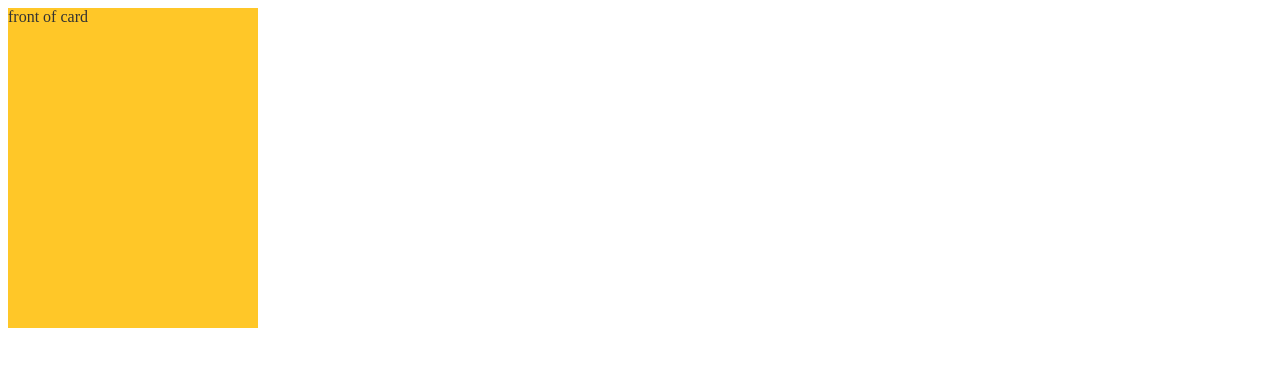
Repository: maixuanhieu/giftcard
Page: index.html
The author's editor kept a copy of each file at every save. The page is drawn from the files as they stood at one save, then again after a run of saves.
The browser window is 1280 px wide. The pictures show the whole page.
The style sheet was rebuilt from its Sass, Less or Tailwind sources for each picture, by a compiler version that may differ from the author's.

Above is the page before, as saved 2021-11-16 13:56:47.

### index.html
<!DOCTYPE html>
<html lang="en">

<head>
    <meta charset="UTF-8">
    <meta http-equiv="X-UA-Compatible" content="IE=edge">
    <meta name="viewport" content="width=device-width, initial-scale=1.0">
    <title>CSS Flip Card</title>
    <link rel="stylesheet" href="style.css">
</head>

<body>
    <div class="maincontainer">

        <div class="thecard"></div>

        <div class="thefront">front of card</div>

        <div class="theback">back of card</div>

    </div>
</body>

</html>

### style.scss
.maincontainer{
    position: relative;
    width: 250px;
    height: 320px;
    background: green;
}

.thecard{
    position: absolute;
    width: 100%;
    height: 100%;
    transform-style: preserve-3d;
    transition: all 0.5s ease;
    background: yellow;
}

.thefront{
    position: absolute;
    width: 100%;
    height: 100%;
    backface-visibility: hidden;
    background: #ffc728;
    color: #333;
}

.theback{
    position: absolute;
    width: 100%;
    height: 100%;
    backface-visibility: hidden;
    background: #fafafa;
    color: #333;
    transform: rotateY(180deg);
}

After the next 2 saves:
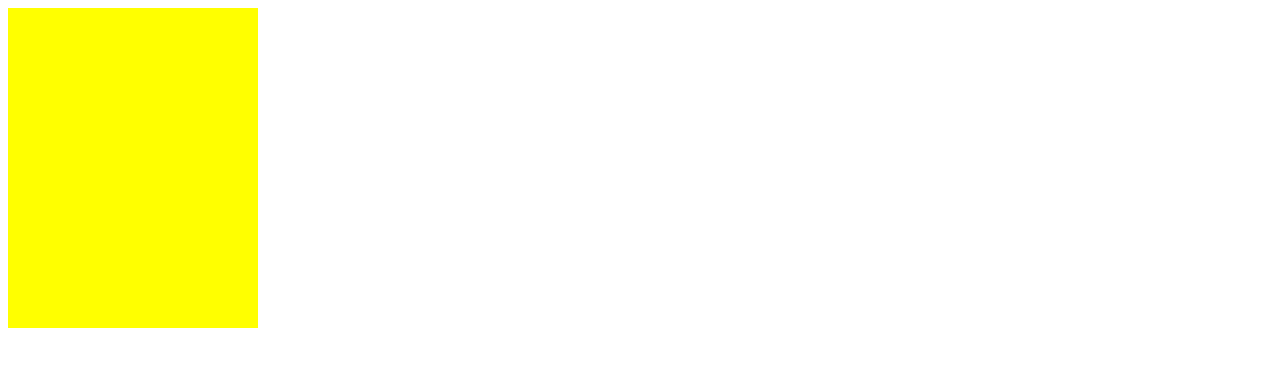
The 2 saves are shown as one change because they came seconds apart.
The last was saved 18 s later.
--- a/style.scss
+++ b/style.scss
@@ -13,6 +13,8 @@
     transition: all 0.5s ease;
     background: yellow;
 }
+
+.thecard:h
 
 .thefront{
     position: absolute;

After the save that followed:
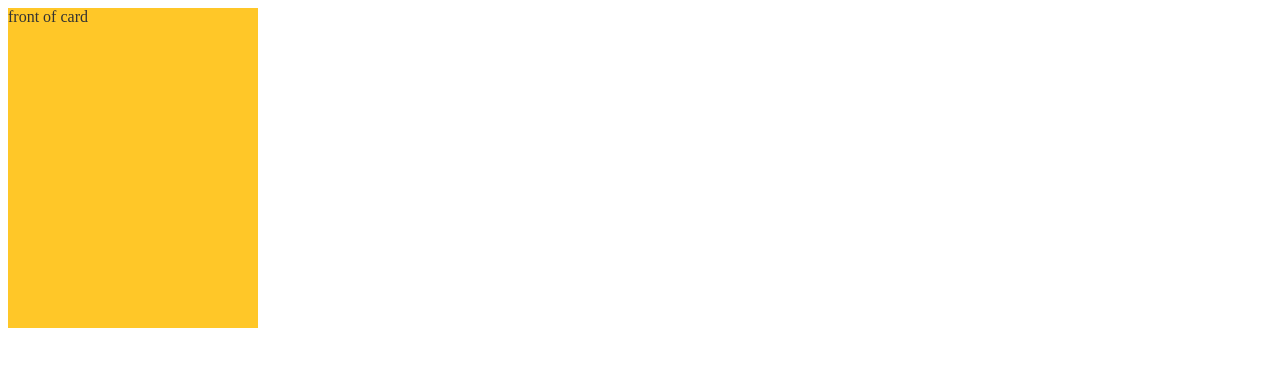
Saved 4 s later.
--- a/style.scss
+++ b/style.scss
@@ -14,7 +14,9 @@
     background: yellow;
 }
 
-.thecard:h
+.thecard:hover{
+
+}
 
 .thefront{
     position: absolute;
